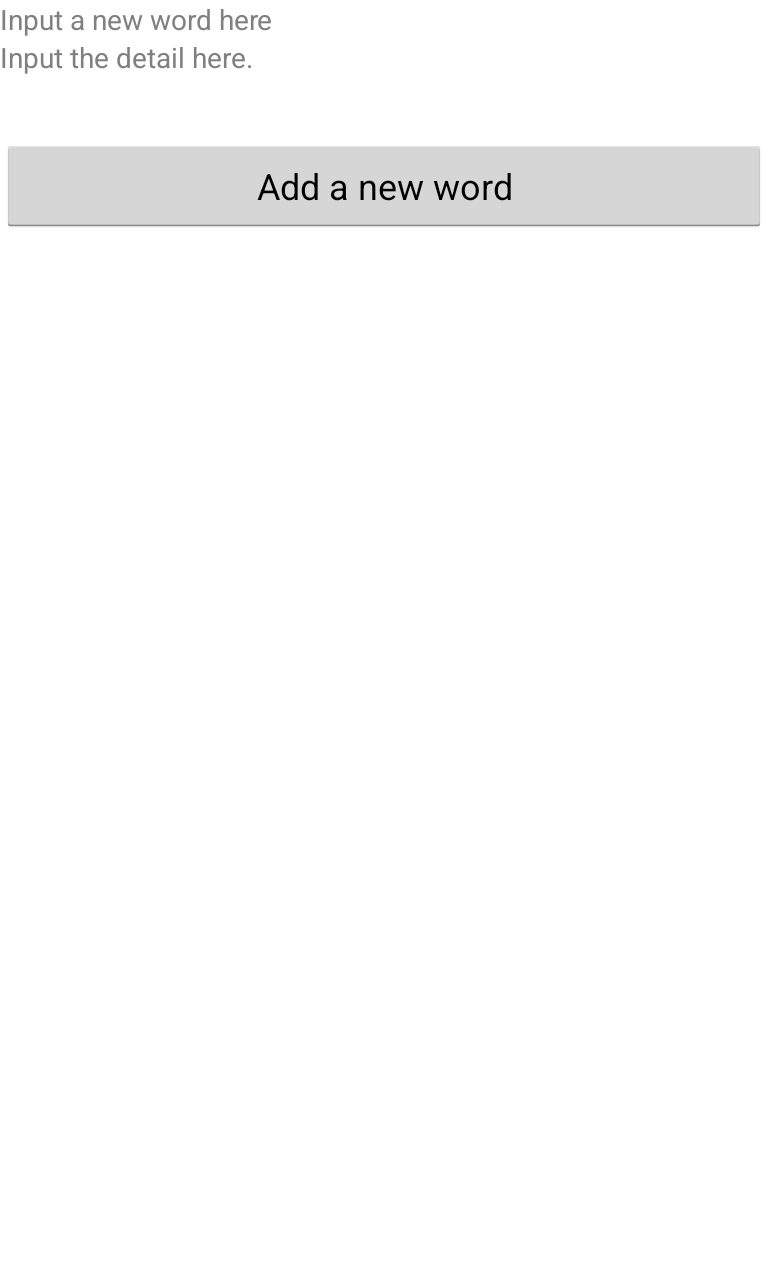
Repository: Liu-D-Henrry/Android
Layout: Dictionary/res/layout/main.xml
The author's editor kept a copy of each file at every save. The layout is drawn from the files as they stood at one save, then again after the next save.
It is drawn on a 768 x 1280 px phone screen (xhdpi) without system bars, with theme AppTheme; the app's code is not run.

Above is the layout before, as saved 2013-09-04 07:31:23.

### Dictionary/res/layout/main.xml
<?xml version="1.0" encoding="utf-8"?>
<LinearLayout xmlns:android="http://schemas.android.com/apk/res/android"
    android:layout_width="match_parent"
    android:layout_height="match_parent"
    android:orientation="vertical" >

    <TextView
        android:id="@+id/word"
        android:layout_width="match_parent"
        android:layout_height="wrap_content"
        android:hint="Input a new word here" />

	<TextView
	    android:id="@+id/detail"
	    android:layout_width="match_parent"
	    android:layout_height="50dp"
	    android:hint="Input the detail here."/>

	<Button
	    android:id="@+id/insert"
	    android:layout_width="match_parent"
	    android:layout_height="wrap_content"
	    android:text="Add a new word" />

</LinearLayout>

Loaded but not shown: Dictionary/res/values/styles.xml (common file); Dictionary/res/values-v11/styles.xml (common file); Dictionary/res/values-v14/styles.xml (common file)

After the next save:
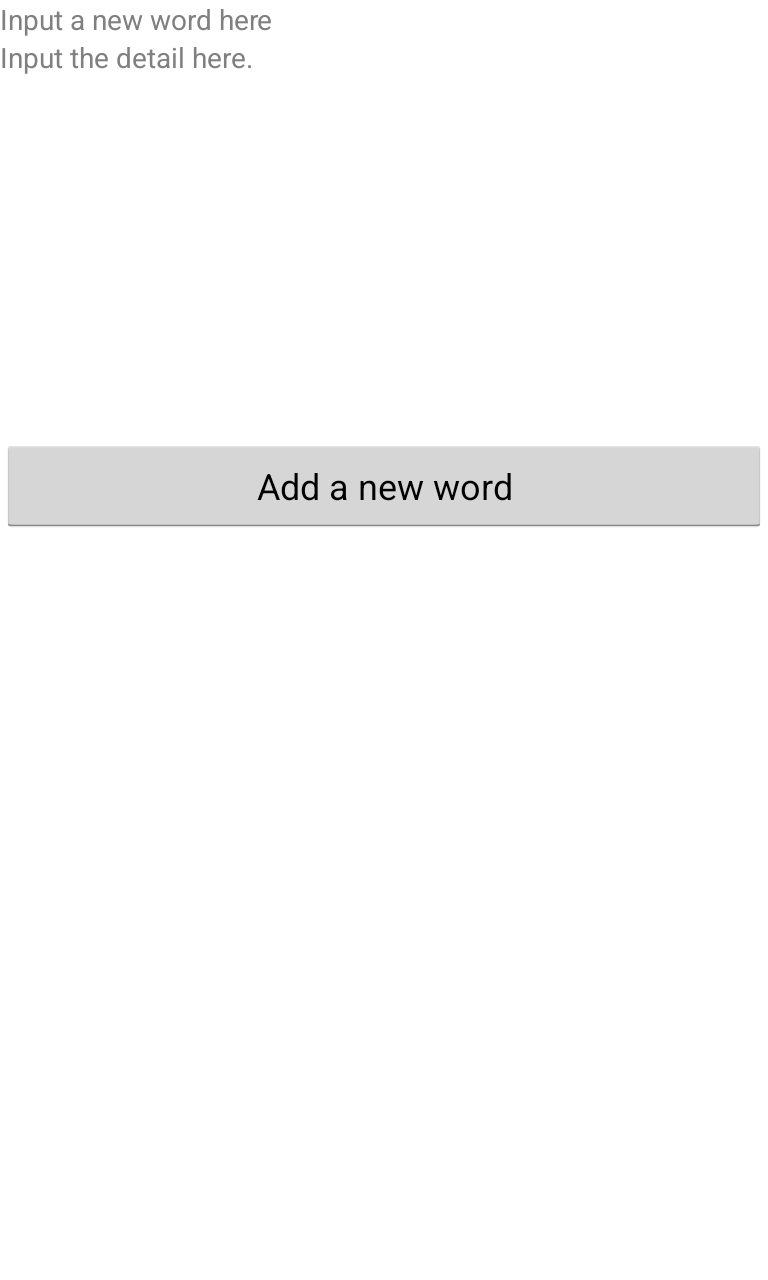
Saved 19 s later.
--- a/Dictionary/res/layout/main.xml
+++ b/Dictionary/res/layout/main.xml
@@ -13,7 +13,7 @@
 	<TextView
 	    android:id="@+id/detail"
 	    android:layout_width="match_parent"
-	    android:layout_height="50dp"
+	    android:layout_height="200dp"
 	    android:hint="Input the detail here."/>
 
 	<Button
